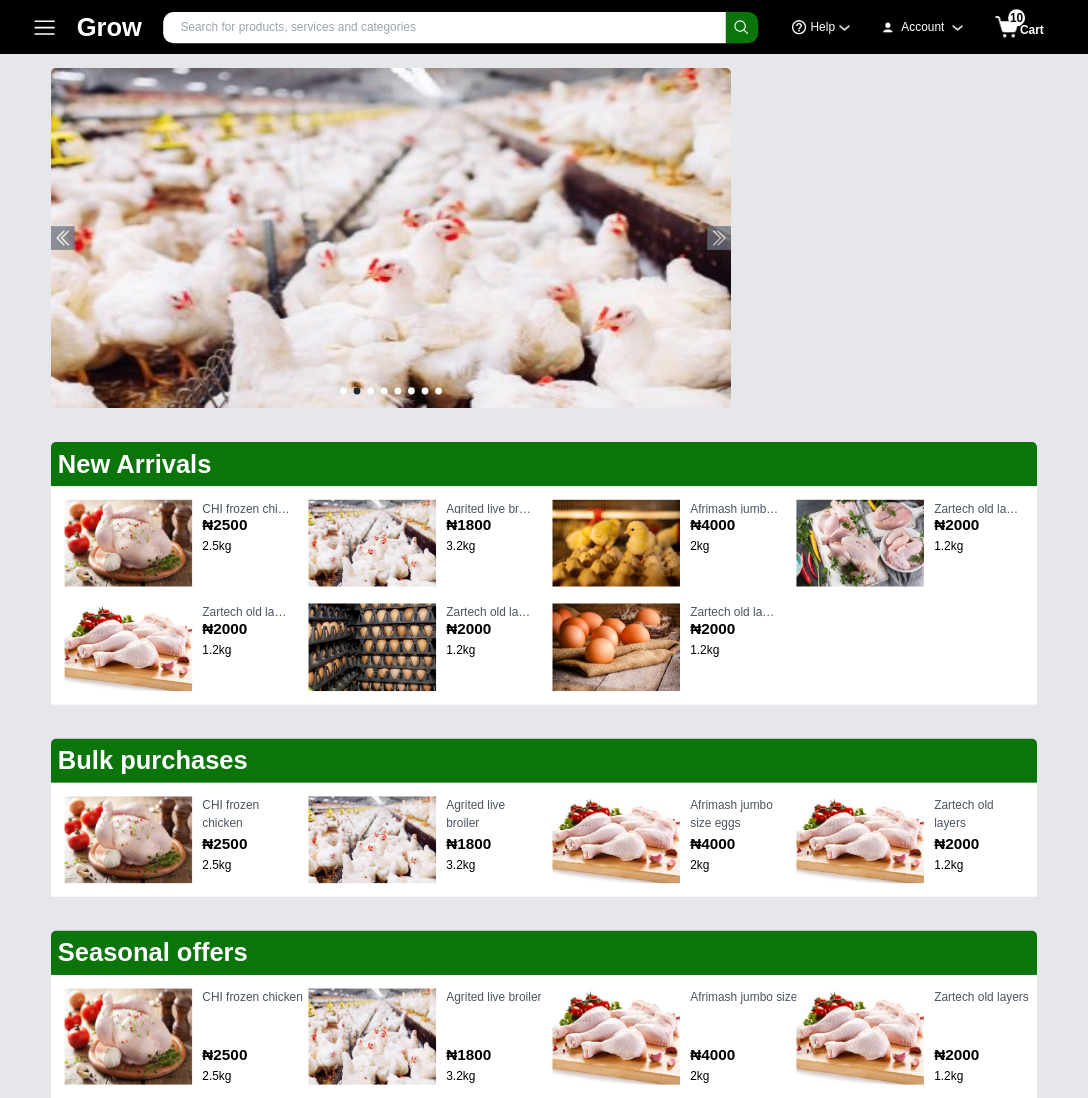
Repository: IssaMuiz/ifarmstock
Page: /
The author's editor kept a copy of each file at every save. The page is drawn from the files as they stood at one save, then again after the next save.
The browser window is 1280 px wide. The pictures show the whole page, at 85% of full size.
The project was rebuilt for these pictures with package versions that can differ from the ones it lists, and the page was loaded fresh each time. The framework's server and built-in components were replaced by stand-ins that run in the browser. Also part of the build but not shown: next.config.mjs.

Above is the page before, as saved 2024-08-31 06:16:47.

After the next save:
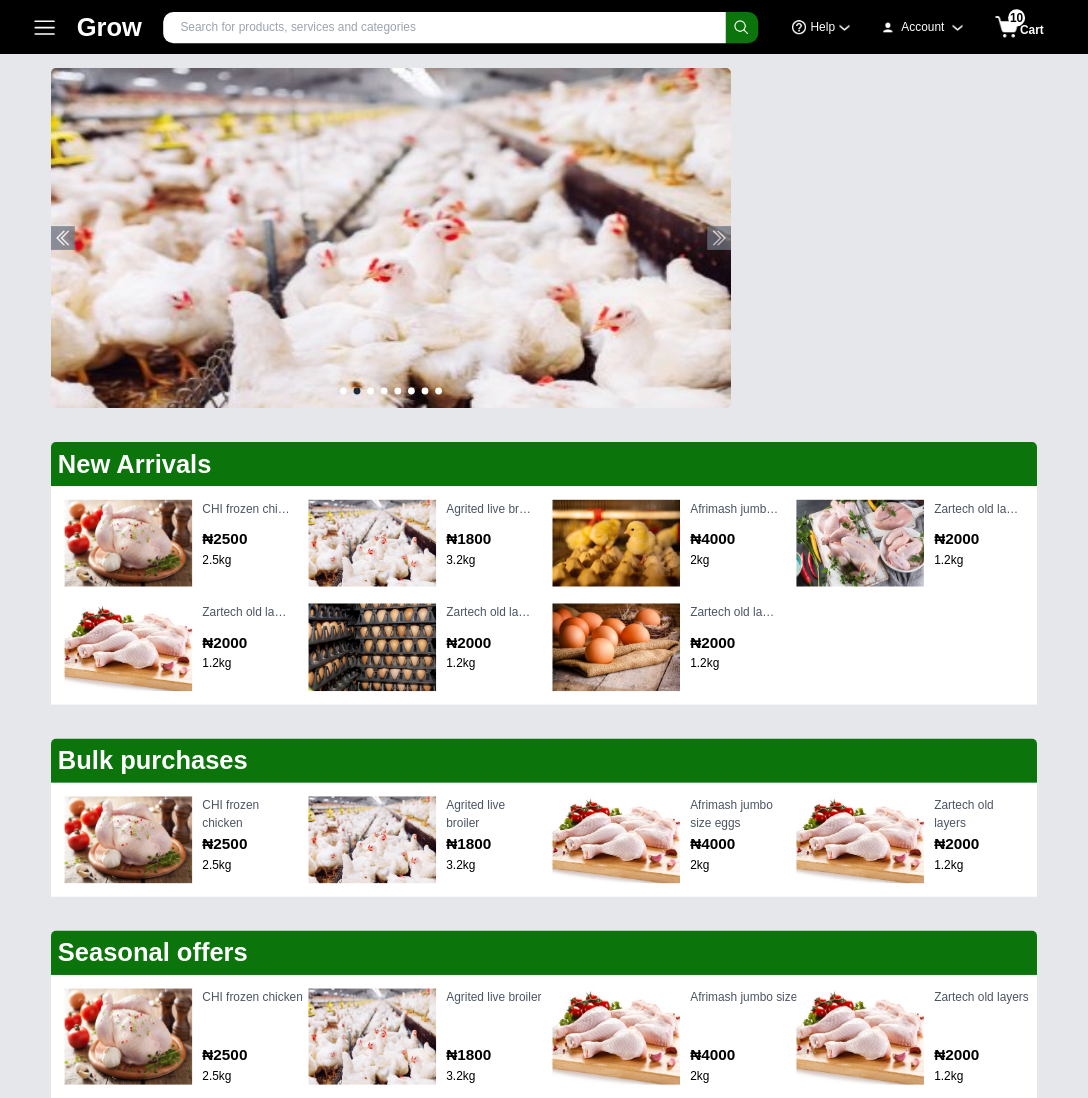
Saved 22 s later.
--- a/components/newArrivalsCards.tsx
+++ b/components/newArrivalsCards.tsx
@@ -8,7 +8,7 @@ const NewArrivalsCards = () => {
           <div key={index} className="flex gap-3">
             <Image src={product.image} alt="poultry" width={150} height={150} />
             <div className="text-md overflow-hidden">
-              <p className="text-gray-600 h-4  truncate">{product.name}</p>
+              <p className="text-gray-600 h-8 truncate">{product.name}</p>
               <p className="font-semibold text-lg">&#8358;{product.Price}</p>
               <p>{product.weight}</p>
             </div>
